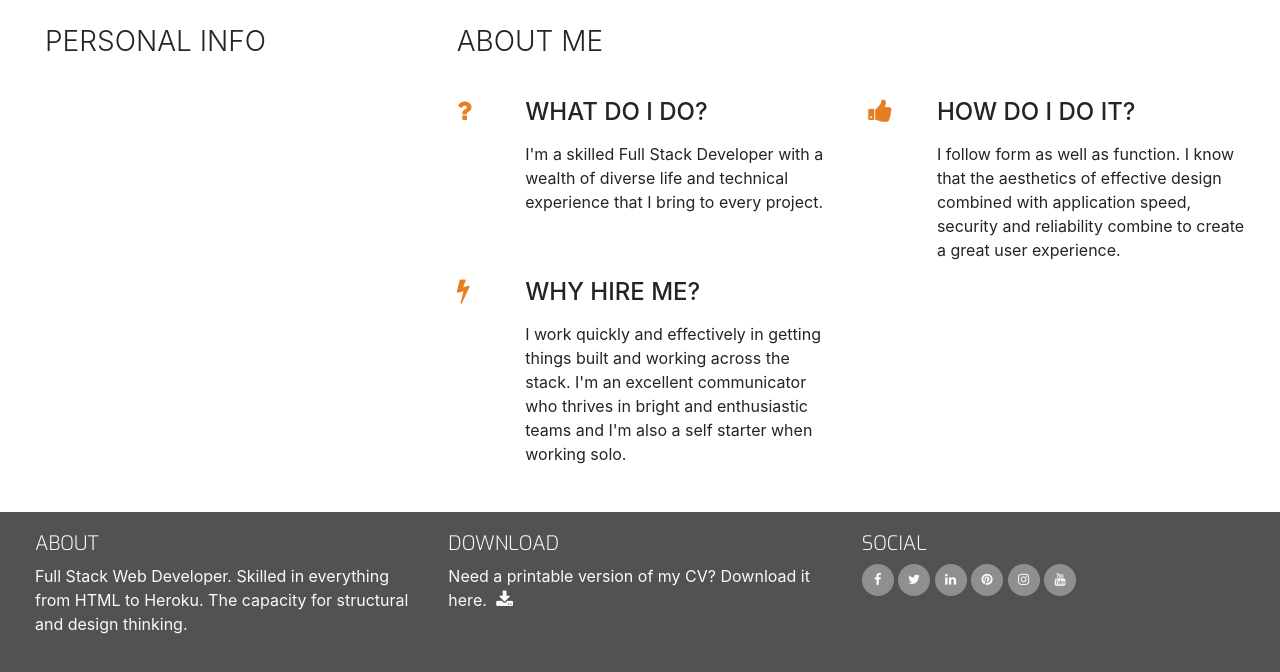
Repository: Davewalsh3/UCD-Resume
Page: index.html
The author's editor kept a record of every edit. The page is drawn from the files as they stood at one moment, then again after the next edit.
The browser window is 1280 px wide. The pictures show the part of the page from y = 369 to 1041 px (the page is 1041 px tall).
Some web libraries are served in a nearby version.

Above is the page before.

After the next edit:
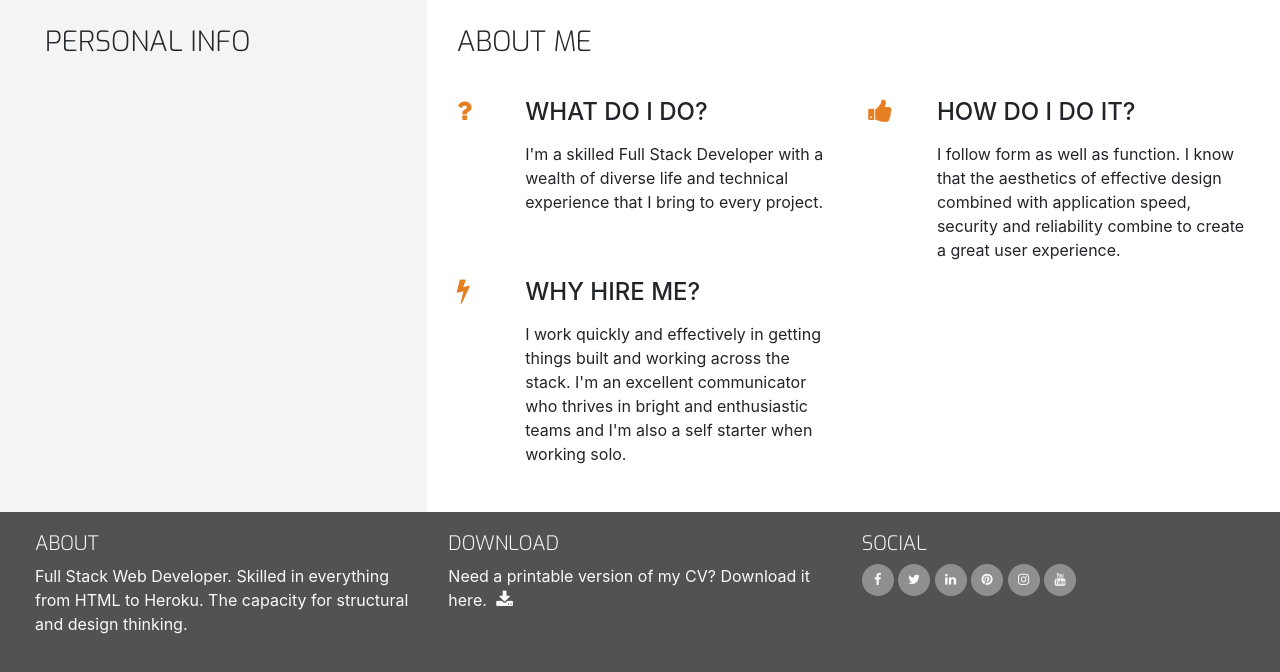
The edit:
--- a/assets/css/style.css
+++ b/assets/css/style.css
@@ -1,13 +1,17 @@
 @import url('https://fonts.googleapis.com/css?family=Roboto:100,200,300,400,500,600,700|Exo:100,200,300,400,500,600,700');
 
-/*-------------------Colors*/
+/*--------------------------------------------Colors*/
 
 .bg-color-name-title {
     background-color: #676767;
 }
 
-. bg-color-three-reasons {
-    color: #fff;
+.bg-color-three-reasons {
+    background-color: #fff;
+}
+
+.bg-color-personal-info {
+    background-color: #f4f4f4;
 }
 
 .ui-menu-color-home {
@@ -26,7 +30,24 @@
     background-color: #525252;
 }
 
-/* --------------Special paddings/margins/text */
+.row-table {
+    display: table;
+}
+
+.section-column {
+    display: table-cell;
+    padding: 0 30px 30px;
+    float: none;
+}
+
+.section-heading {
+    font-family: "Exo", sans-serif;
+    font-weight: 300;
+    margin-top: 25px;
+    margin-bottom: 40px;
+}
+
+/* ----------------------------------------Special paddings/margins/text */
 
 h1,
 h2,
@@ -49,23 +70,7 @@
     display: inline-block;
 }
 
-.row-table {
-    display:table;
-
-}
-.section-column {
-    display:table-cell;
-    padding:0 30px 30px;
-    float:none;
-
-}
-.section-heading {
-    font-family:"Exo" sans-serif;
-    font-weight: 300;
-    margin-top:25px;
-    margin-bottom:40px;
-}
-/*-----------------Heading*/
+/*--------------------------------------------Heading*/
 
 header {
     margin: 0;
@@ -151,14 +156,14 @@
     letter-spacing: 2px;
 }
 
-/*-----------Hover.css*/
+/*--------------------------------------------Hover.css*/
 
 .hvr-sweep-to-bottom:before {
     background: rgba(0, 0, 0, 0.2);
     height: 120px;
 }
 
-/* ---------------------Footer */
+/* ----------------------------------------Footer */
 
 footer {
     background-color: #525252;
@@ -209,11 +214,14 @@
 #footer-details {
     padding: 20px;
 }
-/*-----------------Three Reasons*/
+
+/* ----------------------------------------Three Reasons */
+
 .three-reasons-icon {
     font-size: 26px;
-    color:#e67e22;
-}
+    color: #e67e22;
+}
+
 .three-reasons-heading {
     margin-bottom: 15px;
 }
